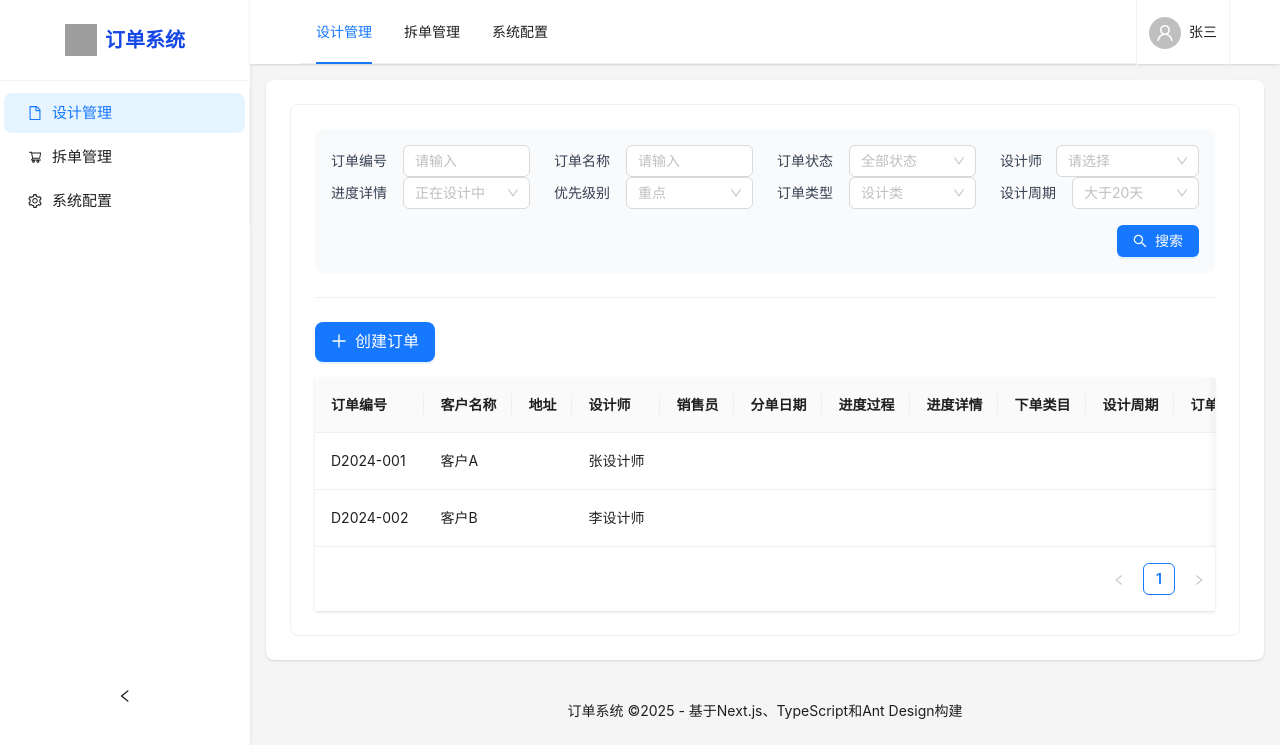
Repository: Garyxiwang/order_system
Page: /design (app in front/)
An editor plug-in stored every save of this project. The page is shown before and after the next save, followed by the edit.
The browser window is 1280 px wide. The pictures show the whole page.
Pictures or frames that could not be fetched are drawn as grey boxes. The project was rebuilt for these pictures with package versions that can differ from the ones it lists, and the page was loaded fresh each time. The framework's server and built-in components were replaced by stand-ins that run in the browser. Also part of the build but not shown: front/next.config.js, front/next.config.ts.

Above is the page before, as saved 2025-08-04 15:02:16.

After the next save:
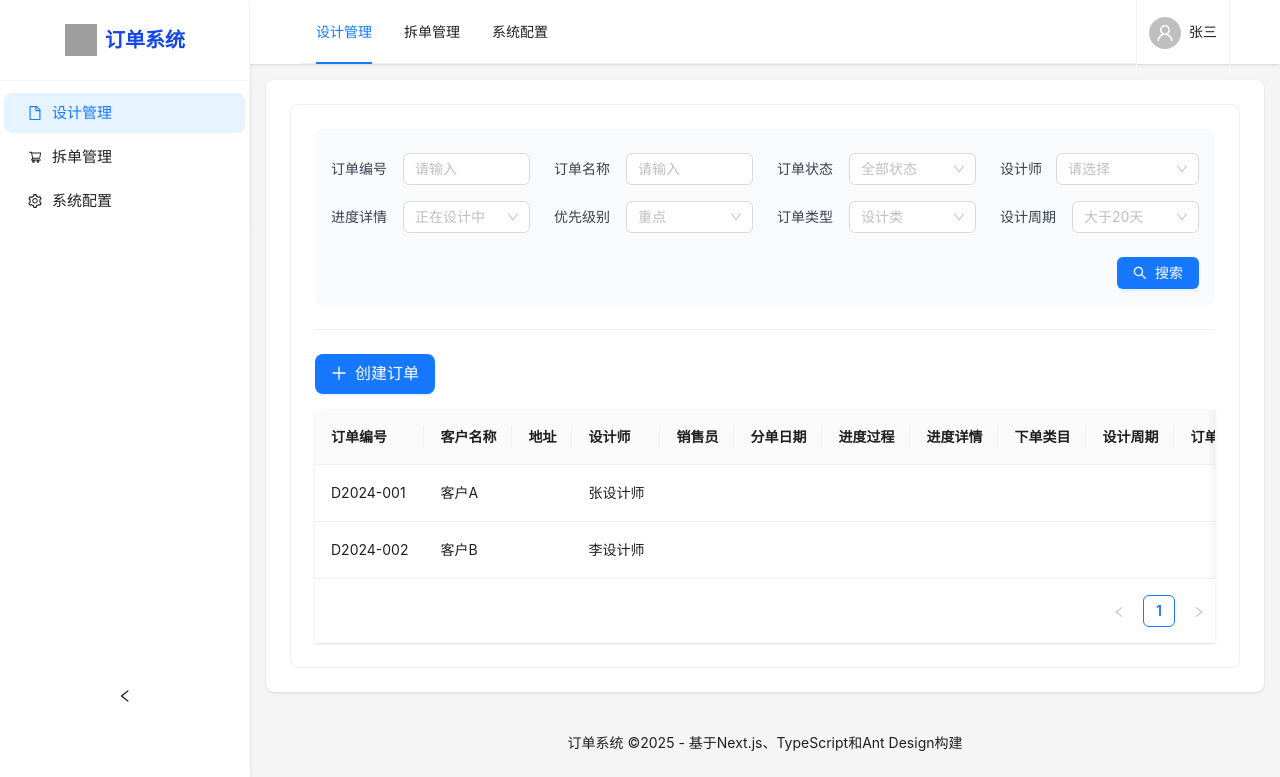
Saved 86 s later.
--- a/front/src/app/design/page.tsx
+++ b/front/src/app/design/page.tsx
@@ -137,7 +137,7 @@ const DesignPage: React.FC = () => {
         {/* 搜索和过滤区域 */}
         <div className="mb-6 bg-gray-50 p-4 rounded-lg">
           <Row gutter={24}>
-            <Col span={6}>
+            <Col span={6} className="py-2">
               <div className="flex items-center gap-2">
                 <label className="whitespace-nowrap text-sm font-medium text-gray-700 min-w-16">
                   订单编号
@@ -149,7 +149,7 @@ const DesignPage: React.FC = () => {
                 />
               </div>
             </Col>
-            <Col span={6}>
+            <Col span={6} className="py-2">
               <div className="flex items-center gap-2">
                 <label className="whitespace-nowrap text-sm font-medium text-gray-700 min-w-16">
                   订单名称
@@ -161,7 +161,7 @@ const DesignPage: React.FC = () => {
                 />
               </div>
             </Col>
-            <Col span={6}>
+            <Col span={6} className="py-2">
               <div className="flex items-center gap-2">
                 <label className="whitespace-nowrap text-sm font-medium text-gray-700 min-w-16">
                   订单状态
@@ -177,7 +177,7 @@ const DesignPage: React.FC = () => {
                 </Select>
               </div>
             </Col>
-            <Col span={6}>
+            <Col span={6} className="py-2">
               <div className="flex items-center gap-2">
                 <label className="whitespace-nowrap text-sm font-medium text-gray-700 min-w-12">
                   设计师
@@ -192,7 +192,7 @@ const DesignPage: React.FC = () => {
                 </Select>
               </div>
             </Col>
-            <Col span={6}>
+            <Col span={6} className="py-2">
               <div className="flex items-center gap-2">
                 <label className="whitespace-nowrap text-sm font-medium text-gray-700 min-w-16">
                   进度详情
@@ -208,7 +208,7 @@ const DesignPage: React.FC = () => {
                 </Select>
               </div>
             </Col>
-            <Col span={6}>
+            <Col span={6} className="py-2">
               <div className="flex items-center gap-2">
                 <label className="whitespace-nowrap text-sm font-medium text-gray-700 min-w-16">
                   优先级别
@@ -224,7 +224,7 @@ const DesignPage: React.FC = () => {
                 </Select>
               </div>
             </Col>
-            <Col span={6}>
+            <Col span={6} className="py-2">
               <div className="flex items-center gap-2">
                 <label className="whitespace-nowrap text-sm font-medium text-gray-700 min-w-16">
                   订单类型
@@ -240,7 +240,7 @@ const DesignPage: React.FC = () => {
                 </Select>
               </div>
             </Col>
-            <Col span={6}>
+            <Col span={6} className="py-2">
               <div className="flex items-center gap-2">
                 <label className="whitespace-nowrap text-sm font-medium text-gray-700 min-w-16">
                   设计周期
